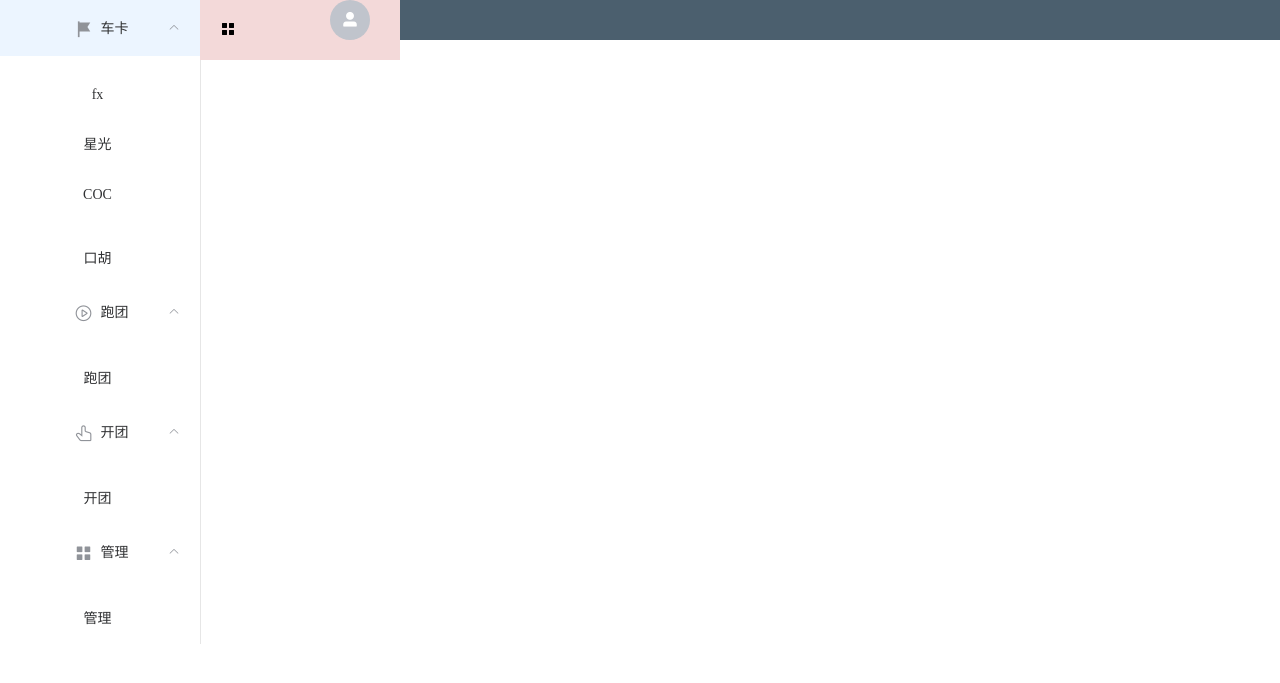
Repository: redlout/ptgkd
Page: /
These files come from the project's save history. The page is drawn as it stood at one moment and after the next save; the edit follows.
The browser window is 1280 px wide. The pictures show the whole page.
The project was rebuilt for these pictures with package versions that can differ from the ones it lists, and the page was loaded fresh each time. Also part of the build but not shown: src/mock/mock.js, src/views/Login.vue, src/components/SvgIcon/index.vue.

Above is the page before, as saved 2019-09-02 21:42:53.

After the next save:
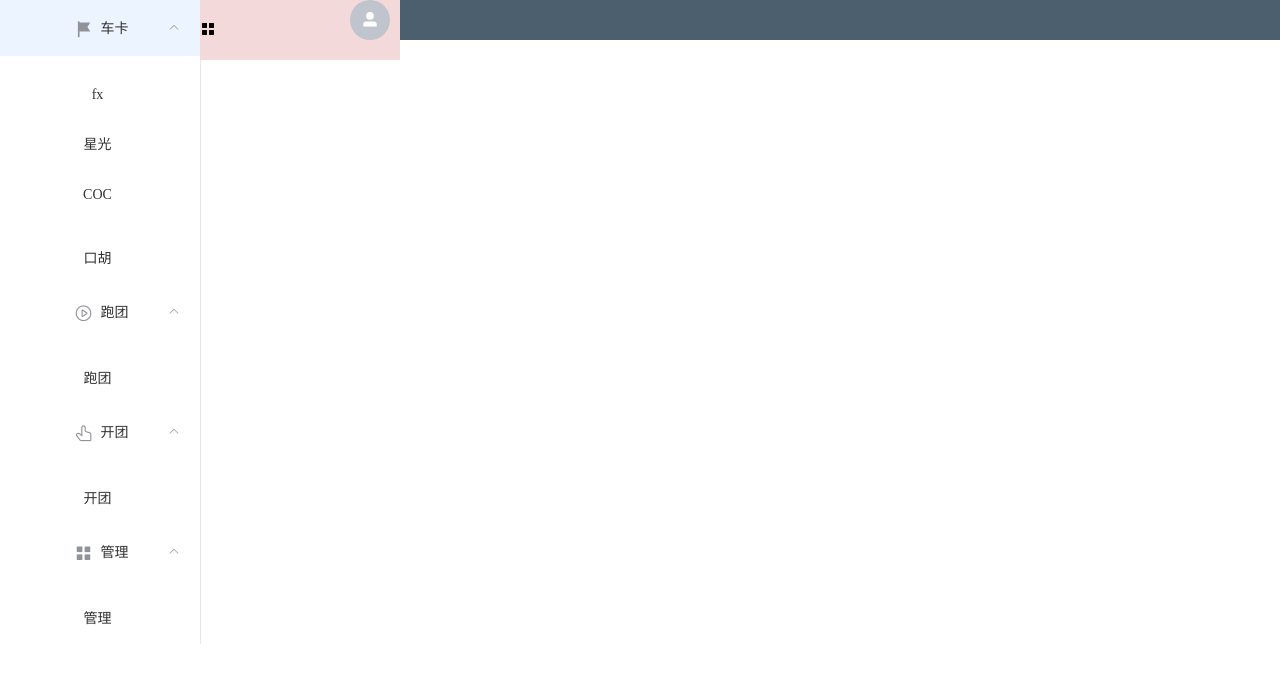
Saved 2 min 9 s later.
--- a/src/components/HeadBar/index.vue
+++ b/src/components/HeadBar/index.vue
@@ -42,6 +42,7 @@ export default {
   right: 0px;
   height: 60px;
   line-height: 60px;
+  padding: 0px;
   .collapse-switcher {
     width: 40px;
     float: left;
